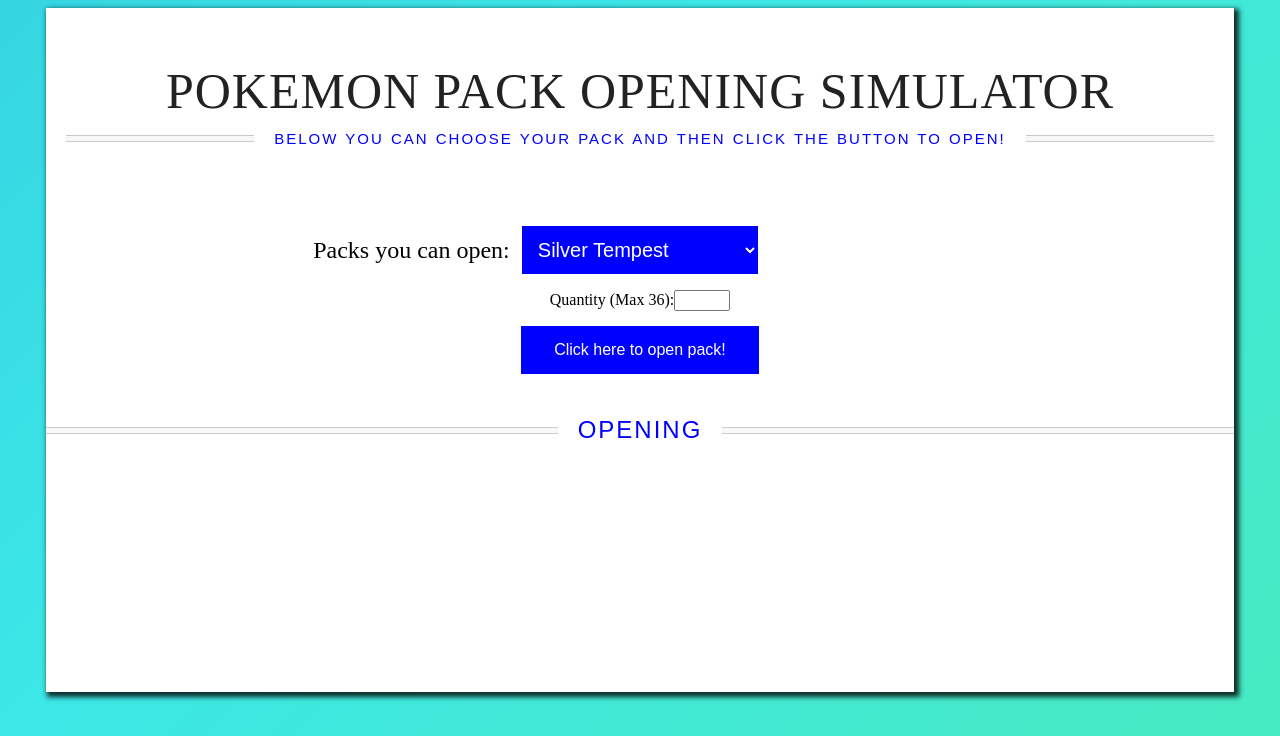
Repository: rschudlich/PokemonProjects
Page: http://localhost/PackSimulator/WEB-INF/views/home.jsp
The author's editor kept a copy of each file at every save. The page is drawn from the files as they stood at one save, then again after the next save.
The browser window is 1280 px wide. The pictures show the whole page.
The page is served by Tomcat 9. Nobody is signed in. The template is opened directly, without the code that normally fills it, so the values that code supplies are empty.

Above is the page before, as saved 2023-03-01 19:49:39.

After the next save:
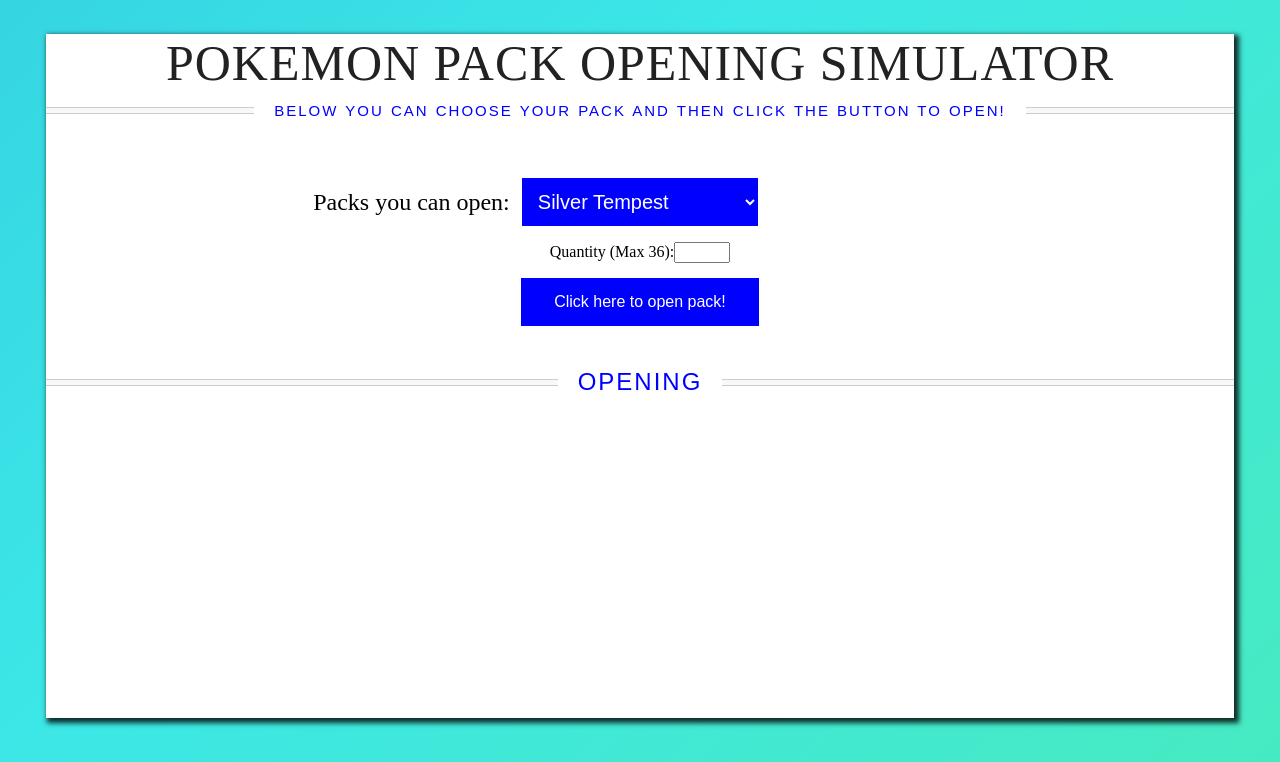
Saved 26 s later.
--- a/PackSimulator/src/main/webapp/WEB-INF/views/home.jsp
+++ b/PackSimulator/src/main/webapp/WEB-INF/views/home.jsp
@@ -157,19 +157,15 @@
     }
 
 </style>
-<head>
-
-</head>
-
  <div class="d-flex flex-column justify-content-center w-100 h-100">
   <div class="whitepaper">
 
 
-  <header>
+  <head>
     <div class="nine">
       <h1>Pokemon Pack Opening Simulator<span>Below you can choose your pack and then click the button to open!</span></h1>
     </div>
-  </header>
+  </head>
 
   <body>
 

After the save that followed:
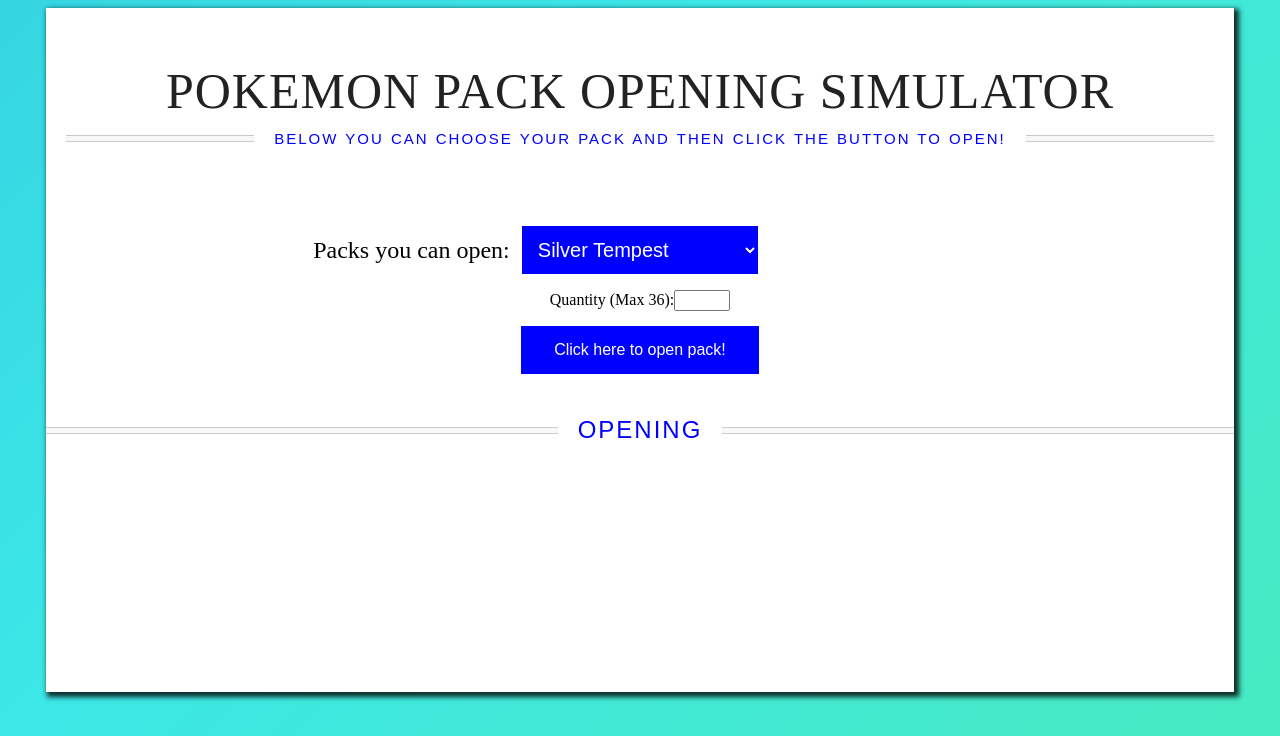
Saved 6 s later.
--- a/PackSimulator/src/main/webapp/WEB-INF/views/home.jsp
+++ b/PackSimulator/src/main/webapp/WEB-INF/views/home.jsp
@@ -157,15 +157,19 @@
     }
 
 </style>
+<head>
+
+</head>
+
  <div class="d-flex flex-column justify-content-center w-100 h-100">
   <div class="whitepaper">
 
 
-  <head>
+  <header>
     <div class="nine">
       <h1>Pokemon Pack Opening Simulator<span>Below you can choose your pack and then click the button to open!</span></h1>
     </div>
-  </head>
+  </header>
 
   <body>
 
